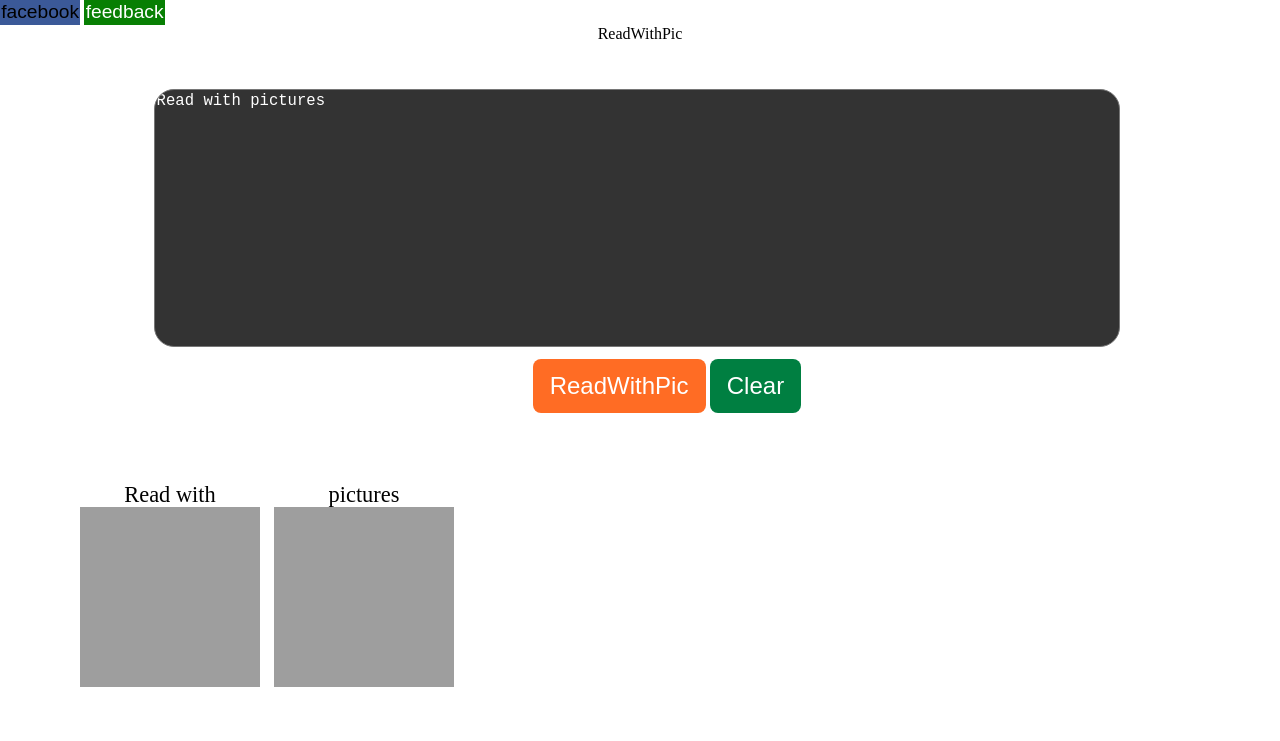
Repository: readwithpic/readwithpic.github.io
Page: index.html
The author's editor kept a record of every edit. The page is drawn from the files as they stood at one moment, then again after the next edit.
The browser window is 1280 px wide. The pictures show the whole page.
The pointer rests on the first visible `.feedback`.
Pictures or frames that could not be fetched are drawn as grey boxes. Some web libraries are served in a nearby version.

Above is the page before.
Console error: TypeError: Cannot read properties of undefined (reading 'length')

### index.html
<!DOCTYPE html>
<html>
    <head>
        <meta charset="utf-8">
        <link rel="stylesheet" type="text/css" href="style.css" />
        <script src="https://ajax.googleapis.com/ajax/libs/jquery/2.1.3/jquery.min.js"></script>
        <script type="text/javascript" src="jscript.js"></script>
    </head>

    <body>
        <!-- <button type="button" id="feedback">Feedback</button>-->
        <!--Facebook Code-->
         <div class="social">
               <button type="button" class="facebook"><a href="http://readwithpic.github.io" class="bLink">facebook</a></button>
               <button type="button" class="feedback">feedback</button>
         </div>
        <div class="logo"><a href="http://readwithpic.github.io">ReadWithPic</a></div>
        <div id="textBox">
               <div>
                      <button type="button" id="roundB"><p class="msg">C..</p></button>
                      <button type="button" id="closeB"><p class="msg">X</p></button>
               </div>

                <div>
                    <textarea rows="10" cols="80" id="textInput" name="texthere">Read with pictures</textarea>
                </div>

                <div class="mainGroup">
                    <div class="group">
                        <div id="buttonSpin">
                            <div class="spinner">
                                <div class="bounce1"></div>
                                <div class="bounce2"></div>
                                <div class="bounce3"></div>
                            </div>
                        </div>
                         <button type="button" id="convert" >ReadWithPic</button>
                        <button type="button" id="clear">Clear</button>
                    </div>
                </div>
        </div>

        <div class="front">
            <ul>
                  <li class="showIt"><figure><img src="http://www.auburn.edu/academic/education/reading_genie/navig/read.gif" height=180 width=180>
                    <figcaption><p class='withPic'>Read with</p></figcaption></figure></li>
                      <li class="showIt"><figure><img src="https://pbs.twimg.com/profile_images/425063504039538688/sO0mRdKW.jpeg" height=180 width=180>
                    <figcaption><p class='withPic'>pictures</p></figcaption></figure></li>

            </ul>
        </div>
        <!--debug
          <button type="button" id="loadme">Load</button>
            <button type="button" id="debug">debug</button>
           -->
        <div id="display">
                 <ul>
                     <li id="listLoad">
                        <div id="loadingSpin">
                            <div class="spinner">
                                <div class="bounce1"></div>
                                <div class="bounce2"></div>
                                <div class="bounce3"></div>
                            </div>
                        </div>
                    </li>
                </ul>
            </div>
            <div><span id="sDebug"> </span><span id="what"></span></div>
    </body>
</html>

### style.css
html, body { height: 100%; width: 100%; margin: 0; }


.logo{
    text-align:center;
    cursor:hand;
}

.facebook{
   text-align:center;
   background-color: #3763A8;
   color: white;
   font-size: 1.2em;
   text-decoration: none;
   padding: 0.1% 0.1% ;
   border: none;

}

.facebook:hover{
    background-color:#3b5998;
}

.facebook:active{
    background-color:#3763A8;
}

.feedback{
   text-align:center;
   background-color: #BF4572;
   color: white;
   font-size: 1.2em;
   text-decoration: none;
   padding: 0.1% 0.1% ;
   border: none;

}


.feedback:hover{
    background-color:#077F03;
}

.feedback:active{
    background-color:#047F48;
}



a:link {
    color:black;
    text-decoration: none;
}

a:visited {
    color:black;
    text-decoration: none;
}

a:hover {
    text-decoration: none;
}

a:active {
    text-decoration: none;

}

.fb-like{
    width:200px;
}

li {
    display: inline-block;
    text-align:center;
    height:250px;
    padding-left:-100px;
}

.showIt{
    display:inline-block;
}

img{
    margin-right:-70px;
    float:left;
    padding:0px 0px 0px 0px;
}

#searchbox {
    width:600px;
    height:200px;
}

p {
 display:inline;
}

.withPic{
    font-size:1.4em;
    position:relative;
    left:35px;
    top:-205px;
    z-index:-1;
}
.onlyText{
 margin-left:4px;
}

#sDebug{
    background-color:brown;
}

#what{
    background-color:red;
}

/*half page div box */
#textBox{
  position:absolute;
  width:100%;
  height:50%;
}

textarea{
    -webkit-overflow-scrolling: touch;
}

#textInput{
    color:white;
    font-size:1.2em;
    position:absolute;
    display:block;
    resize:none;
    top:13%;
    left:12%;
    width:75%;
    height:70%;
    background-color:#333333;
    -moz-border-radius: 10px;
    -webkit-border-radius: 10px;
    border-radius: 20px;

}

#textInput:focus{
  border-color: #FF6C24;
  outline:none;
}

.front{
    position:relative;
    top:60%;
}

.mainGroup {
    float:left;
    position:relative;
    top:88%;
    left:50%;
}

.group {
    width:215px;
    float:left;
    position:relative;
    left:-50%;
}


#convert  {
    display:inline-block;
    text-align:center;
    background-color: #FF6C24;
   -webkit-border-radius: 8px;
    -moz-border-radius: 8px;
    border-radius: 8px;
     color: white;
   font-size: 1.5em;
   text-decoration: none;
   padding: 6% 8% ;
   border: none;
   }

#convert:hover{
    background-color:#E55900;
}

#convert:active {
   background-color: #993D00;
   }

#convert:disabled{
background-color:#FFAA70;
}

#buttonSpin{
    position:absolute;
    margin-top:10%;
    margin-left:28%;
    display:none;
}

#clear{
    position:absolute;
    margin-left:4px;
    text-align:center;
    background-color: #007F41;
   -webkit-border-radius: 8px;
    -moz-border-radius: 8px;
    border-radius: 8px;
   color: white;
   font-size: 1.5em;
   text-decoration: none;
   padding: 6% 8% ;
   border: none;
   }

#clear:hover {
   background-color:  #00683B;
   }


#clear:active {
   background-color: #007F41;
   }

#roundB{
  position:fixed;
  top:1.5%;
  right:5%;
  width:50px;
  height:50px;
  background-color: #FF6C24;
  border-radius:50%;
  border: none;
  text-align:center;
  font-size:2em;
  color:white;
  display:none;
}

#roundB:hover{
    background-color:#E55900;
}
#roundB:active {
   background-color: #FF6C24;
   }


#closeB{
  position:fixed;
  top:1.5%;
  right:5%;
  width:50px;
  height:50px;
  background-color:#FF4024;
  border-radius:50%;
  border: none;
  text-align:center;
  font-size:2em;
  display:none;
}

#closeB:hover{
    background-color:#B20A00;
}
#closeB:active {
   background-color:#FF4024;
   }

/* Loading */
#listLoad{
  position:relative;
  width:180px;
  height:180px;
  display:none;
}

#loadingSpin{
    position:absolute;
    top:77px;
    left:67px;
    z-index:-2;
}


spinner {
  margin-left:100px;
  width: 70px;
  text-align: center;
}

.spinner > div {
  width: 15px;
  height: 15px;
  background-color: #333;
  border-radius: 100%;
  display: inline-block;
  -webkit-animation: bouncedelay 1.4s infinite ease-in-out;
  animation: bouncedelay 1.4s infinite ease-in-out;
  /* Prevent first frame from flickering when animation starts */
  -webkit-animation-fill-mode: both;
  animation-fill-mode: both;
}

.spinner .bounce1 {
  -webkit-animation-delay: -0.32s;
  animation-delay: -0.32s;
}

.spinner .bounce2 {
  -webkit-animation-delay: -0.16s;
  animation-delay: -0.16s;
}

/* loading end */

@-webkit-keyframes bouncedelay {
  0%, 80%, 100% { -webkit-transform: scale(0.0) }
  40% { -webkit-transform: scale(1.0) }
}

@keyframes bouncedelay {
  0%, 80%, 100% {
    transform: scale(0.0);
    -webkit-transform: scale(0.0);
  } 40% {
    transform: scale(1.0);
    -webkit-transform: scale(1.0);
  }
}

### jscript.js
var link = new Array();
var link2 = new Array();
var k, j, i, userInput, cleanSent, search, h, startNum, constantV, calNum;
var filterWords = ["is", "are", "all", "another", "any", "anybody", "anyone", "anything", "botheach", "each", "other", "either", "everybody", "everyone", "everything", "few", "he", "her", "hers", "herself", "him", "himself", "his", "it", "its", "itself", "many", "me", "mine", "more", "most", "much", "myself", "neither", "no", "one", "nobody", "none", "nothing", "another", "other", "others", "ours", "ourselves", "several", "she", "some", "somebody", "someone", "something", "their", "theirs", "them", "themselves", "these", "they", "this", "those", "us", "we", "what", "whatever", "which", "whichever", "who", "whoever", "whom", "whomever", "whose", "you", "your", "yours", "yourself", "yourselves", "that", "it's", "time", "person", "year", "way", "day", "thing", "man", "world", "life", "hand", "part", "child", "eye", "woman", "place", "work", "week", "case", "point", "government", "company", "number", "group", "problem", "fact", "be", "have", "do", "say", "get", "make", "go", "know", "take", "see", "come", "think", "look", "want", "give", "use", "find", "tell", "ask", "work", "seem", "feel", "try", "leave", "call", "good", "new", "first", "last", "long", "great", "little", "own", "other", "old", "right", "big", "high", "different", "small", "large", "next", "early", "young", "important", "few", "public", "bad", "same", "able", "to", "of", "in", "for", "on", "with", "at", "by", "from", "up", "about", "into", "over", "after", "beneath", "under", "above", "the", "and", "a", "that", "", "it", "not", "he", "as", "you", "this", "but", "his", "they", "her", "she", "or", "an", "will", "my", "one", "all", "would", "there", "their", "aboard", "about", "above", "across", "after", "against", "along", "amid", "among", "around", "as", "at", "before", "behind", "below", "beneath", "beside", "besides", "between", "beyond", "but", "by", "concerning", "considering", "despite", "down", "during", "except", "excepting", "excluding", "following", "for", "from", "in", "inside", "into", "like", "minus", "near", "of", "off", "on", "onto", "opposite", "outside", "over", "past", "per", "plus", "regarding", "round", "save", "since", "than", "through", "to", "toward", "towards", "under", "underneath", "unlike", "until", "up", "upon", "versus", "via", "with", "within", "without"];
var lastList, textInput, myScroll, loadList, count;
var $win, $doc, $list, $textArea, $roundB, $closeB,$buttonSpin;
//facebook

$(document).ready(function () {
    $list = $('li');
    textInput = $('#textInput');
    loadList = $('#listLoad');
    $win = $(window);
    $doc = $(document);
    $textArea = $('textarea');
    $roundB = $('#roundB');
    $closeB = $('#closeB');
    $buttonSpin=$('#buttonSpin');
    //$textArea.val("Read with pictures");
    $textArea.keyup(function () {
        if ($(this).val() && $('li').length > 1) {
            $('#convert').removeAttr('disabled');
        } else {
            $('#convert').attr('disabled', 'disabled');
        }
    });

    $('#convert').click(function () {
        //to avoid rapid click
        $('#convert').attr('disabled', 'disabled');
        $('.front').remove();
        //textarea control
        if (textInput.height() > 350) {
            $('#textInput').fadeOut('fast');
            $('.mainGroup').fadeOut('fast');
            $closeB.hide();
        } else {
            $('#textInput').slideUp('fast');
            $('.mainGroup').fadeOut('fast');
        }

        //grab appened list class showIt
        $('li').remove();
        //$(li).remove() removes everyting so loading is appeneded at first
        $('#display ul').append(loadList);
        //display loading
        loadList.show();
        //display round button
        $roundB.show('fast');
        $buttonSpin.show();
        count = 0;
        h = 0;
        j = 0;
        myScroll = 0;
        // default number of search images to be loaded at first
        startNum = 30;
        //constantV is assigned to calNum to load given number consistant images after each scroll
        calNum = startNum;
        link.length = 0;
        link2.length = 0;
        $('#what').empty();
        $('.onlyText').remove();
        userInput = $('textarea[name=texthere]').val();
        cleanSent = userInput.replace(/\s+/g, ' ');
        search = cleanSent.split(" ");
        callAjax(search[j]);
    });

    $('#clear').click(function () {
        $textArea.val('');
    });

    $('#roundB').click(function () {
        //display textBox at the middle of screen.
        $('#textInput').css({
            'position': 'fixed',
                'top': '11%',
                'left': '9%',
                'width': '80%',
                'height': '70%'
        });
        $('.mainGroup').css({
            'position': 'fixed',
                'top': '82%'
        });
        $('#textInput').fadeIn('fast');
        $('.mainGroup').fadeIn('fast');
        $('#closeB').show();
        $(this).hide();
    });

    //close button
    $('#closeB').click(function () {
        $('#textInput').fadeOut('fast');
        $('.mainGroup').fadeOut('fast');
        $roundB.show();
        $(this).hide();
    });

    $win.resize(function () {
        // load the rest of screen if the user reduce the zoom less than 100%
        if (lastList.offset().top < $win.height() && myScroll === 1) {
            myScroll = 1;
            $win.scroll();
        }
    });

    $win.scroll(function () {
        if ($win.scrollTop() + $win.height() > $doc.height() - $doc.height() / 4 && myScroll === 1 && j < search.length) {
            h = 0;
            //To reuse same Array link2
            link.length = 0;
            link2.length = 0;
            //load number of images after each scroll
            constantV = 10;
            //reintalize the calNum to display given constant number of images accross the screen
            calNum += constantV;
            callAjax(search[j]);
            myScroll = 0;
        } else if (j === search.length) {
            loadList.hide();
        }
    });

    //dubugging zone
    $('#debug').click(function () {
        $('#sDebug').append('<br>' + "Linklength1 : " + link.length + '<br>');
        $('#sDebug').append("Linklength2 : " + link2.length + '<br>');
        $("#sDebug").append("dubug j value :" + j + '<br>');
        $('#sDebug').append("dubug i value:" + i + '<br>');
        $('#sDebug').append("dubug count value:" + count + '<br>');
        $('#sDebug').append("dubug k value:" + k + '<br>');
    });
});

function callAjax(index) {
    var look = new URL('https://ajax.googleapis.com/ajax/services/search/images?v=1.0&q=' + index + '&callback=?');
    $.ajax({
        url: look,
        dataType: 'json',
        success: function (data) {
            if (data.responseData.results.length === 0) {
                if (j < startNum) {
                    link[j] = "http://upload.wikimedia.org/wikipedia/commons/9/98/MA_Route_blank.svg";
                    j++;
                } else {
                    link2[h] = "http://upload.wikimedia.org/wikipedia/commons/9/98/MA_Route_blank.svg";
                    j++;
                    h++;
                }
            } else {
                if (j < startNum) {
                    link[j] = data.responseData.results[0].url;
                    j++;
                } else {
                    link2[h] = data.responseData.results[0].url;
                    j++;
                    h++;
                }
            }
            //checked against the calNum to make sure it doesn't load images more then startNum(default number of images to be load at first)
            if (j < search.length && j < calNum) {
                callAjax(search[j]);
            } else {
                show();
            }
        }
    });
}

//function do display first 30 words
function show() {
    var loopNum;
    i = 0;
    //slideUp or fadeOut the textarea and button
    if (count === 0) {
        for (i; i < j; i++) {
            // $('#what').append( 'firstIvalue: ' + i);
            //indexOf(search[j]) returns -1 if the value is not present inside array search[j];
            //check if search[j] is not the first html list element
            if (filterWords.indexOf(search[i]) !== -1 && $list.length > 0) {
                $('.withPic').last().append('<p class=onlyText>' + search[i] + '</p>');
            } else {
                $('#display ul').append('<li class="showIt">' + '<figure>' + '<img src="' + link[i] + '" height=180 width=180>' +
                    '<figcaption>' + '<p class=withPic>' + search[i] + '</p>' + '</figcaption>' + '</figure>' + '</li>');
            }
        }
        $buttonSpin.hide();
        //get the last list edlement
        lastList = $('li:last').attr('class', 'showIt');

        //always put the loading at the last element
        $('#display ul').append(loadList);
        //disable this for loop
        count = 1;
        //initiate scroll
        myScroll = 1;
        //for bigger bigger resolution or screen to load more list element than intiated max startNum value
        if (lastList.offset().top < $win.height()) {
            $win.scroll();
        }

    } else {
        k = 0;
        //to run the loop if the value of constantV is less then link2.length.
        if (link2.length < constantV) {
            i = j - link2.length;
            loopNum = i + link2.length;
            //$('#what').append('<br>' + 'insideLOOPNUM: ' + loopNum);
            //Once value of j arrives here it'll be orginal value + constantV because callAjax function have already run twice
        } else {
            i = j - constantV;
            loopNum = i + constantV;
        }
        for (i; i < loopNum; i++) {
            //indexOf(search[j]) returns -1 if the value is not present inside array search[j];
            //check if search[j] is not the first html list element
            if (filterWords.indexOf(search[i]) !== -1 && $list.length > 0) {
                $('.withPic').last().append('<p class=onlyText>' + search[i] + '</p>');
            } else {
                $('#display ul').append('<li class="showIt">' + '<figure>' + '<img src="' + link2[k] + '" height=180 width=180>' +
                    '<figcaption>' + '<p class=withPic>' + search[i] + '</p>' + '</figcaption>' + '</figure>' + '</li>');
            }
            k++;
            //for debug purposes
            // $('#what').append('<br>' + 'insideIvalue: ' + i);
            // $('#what').append('<br>' + 'insideKvalue: ' + k);
            // $('#what').append('<br>' + 'insideJvalue: ' + j);
        }
        $('#display ul').append(loadList);
        myScroll = 1;
        if (lastList.offset().top < $win.height()) {
            $win.scroll();
        }
    }
}

After the next edit:
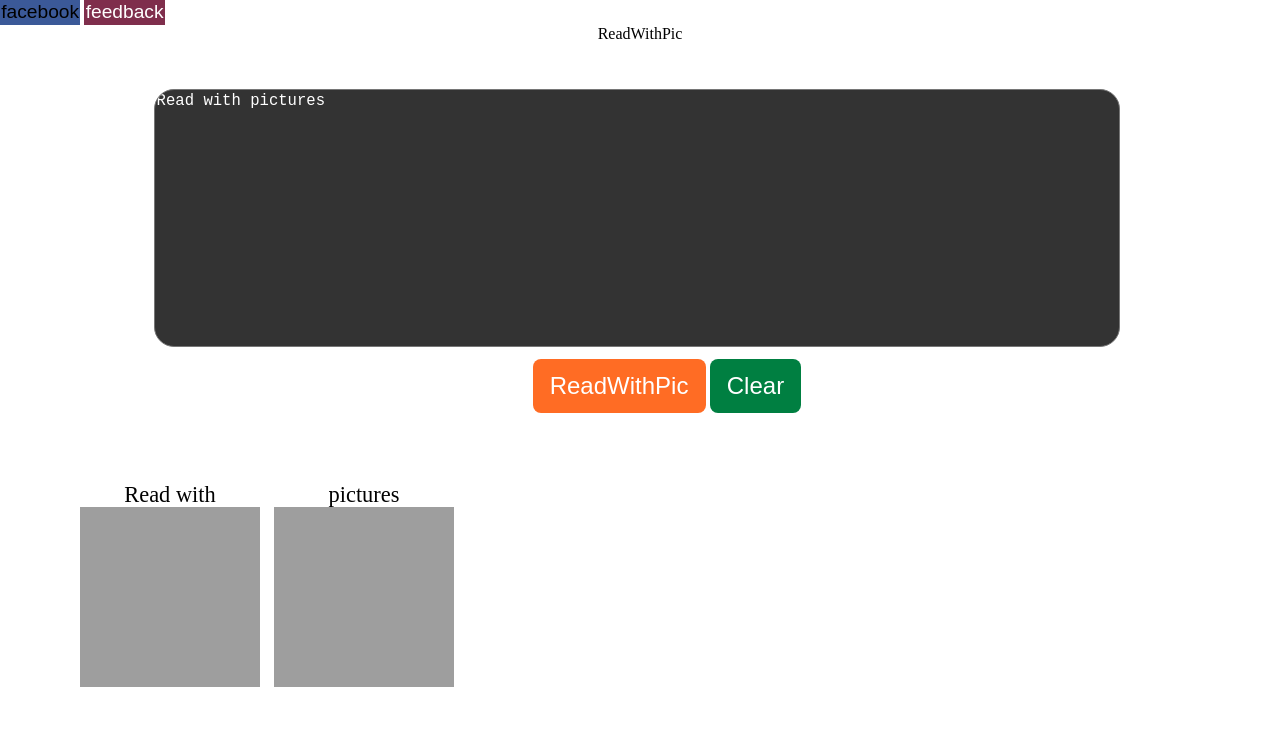
The edit:
--- a/style.css
+++ b/style.css
@@ -38,7 +38,7 @@
 
 
 .feedback:hover{
-    background-color:#077F03;
+    background-color:#7F2E4C;
 }
 
 .feedback:active{
